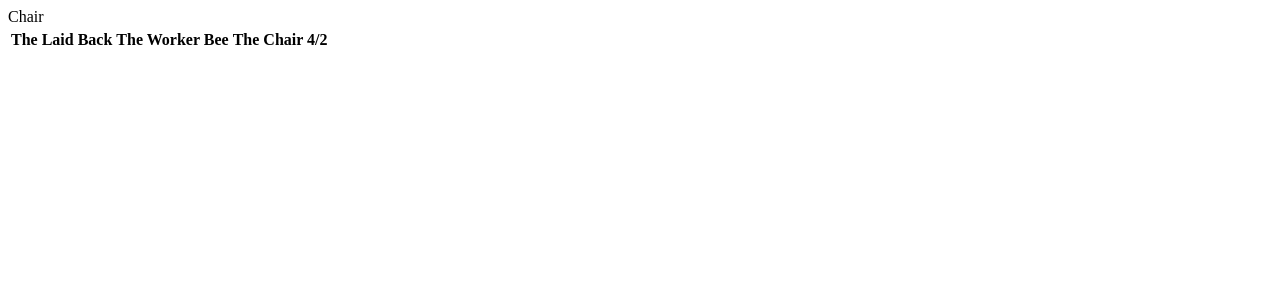
Repository: nghiakma/HTML-CSS-Fundamental
Page: Component_LayoutPatterns/Table.html
The author's editor kept a copy of each file at every save. The page is drawn from the files as they stood at one save, then again after the next save.
The browser window is 1280 px wide. The pictures show the whole page.

Above is the page before, as saved 2023-08-26 15:12:45.

### Component_LayoutPatterns/Table.html
<!DOCTYPE html>
<html lang="en">

<head>
  <meta charset="UTF-8">
  <meta name="viewport" content="width=device-width, initial-scale=1.0">
  <link href="https://fonts.googleapis.com/css2?family=Inter:wght@400;500;700&display=swap" rel="stylesheet" />

  <title>Table Component</title>
</head>

<body>
  <table>
    <thead>
      <tr>Chair</tr>
      <th>The Laid Back</th>
      <th>The Worker Bee</th>
      <th>The Chair 4/2</th>
    </thead>
    <tbody>

    </tbody>
  </table>
</body>

</html>

After the next save:
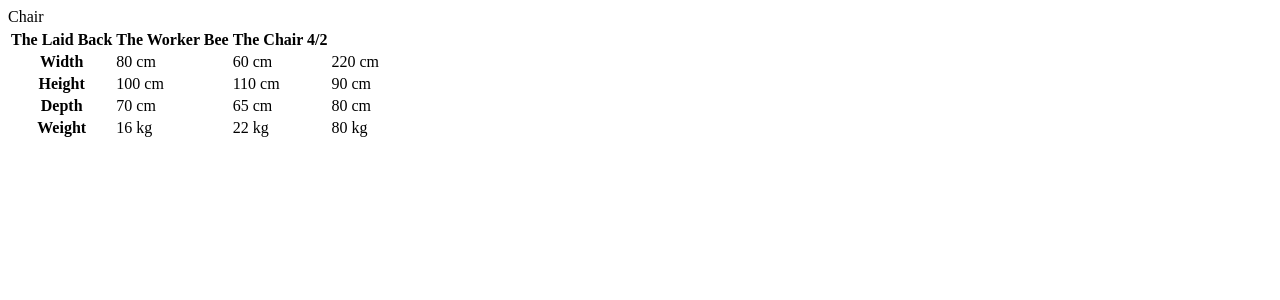
Saved 4 s later.
--- a/Component_LayoutPatterns/Table.html
+++ b/Component_LayoutPatterns/Table.html
@@ -18,7 +18,30 @@
       <th>The Chair 4/2</th>
     </thead>
     <tbody>
-
+      <tr>
+        <th>Width</th>
+        <td>80 cm</td>
+        <td>60 cm</td>
+        <td>220 cm</td>
+      </tr>
+      <tr>
+        <th>Height</th>
+        <td>100 cm</td>
+        <td>110 cm</td>
+        <td>90 cm</td>
+      </tr>
+      <tr>
+        <th>Depth</th>
+        <td>70 cm</td>
+        <td>65 cm</td>
+        <td>80 cm</td>
+      </tr>
+      <tr>
+        <th>Weight</th>
+        <td>16 kg</td>
+        <td>22 kg</td>
+        <td>80 kg</td>
+      </tr>
     </tbody>
   </table>
 </body>
